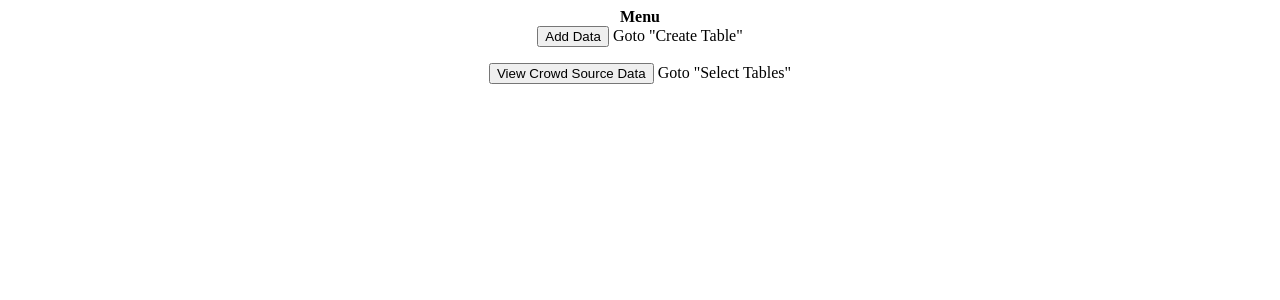
Repository: kemiporto/cmpe272-group12
Page: http://localhost/ESPAWSProject/
The author's editor kept a copy of each file at every save. The page is drawn from the files as they stood at one save, then again after the next save.
The browser window is 1280 px wide. The pictures show the whole page.
The page is served by Tomcat 9.

Above is the page before, as saved 2014-04-18 05:20:19.

After the next save:
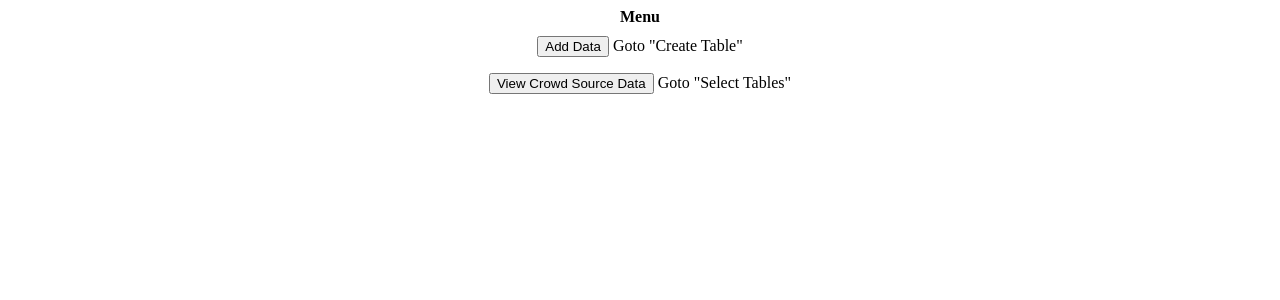
Saved 28 s later.
--- a/AWS/ESPAWSProject/WebContent/index.jsp
+++ b/AWS/ESPAWSProject/WebContent/index.jsp
@@ -6,9 +6,8 @@
 <body>
 	<div>
 		<div style="font-weight: bold; text-align: center">Menu</div>
-		<!--<div><hr/></div>-->
-		<!--<div><a href="http://www.google.com">goto google</a></div>-->
-		<div style="text-align: center">
+
+		<div style="text-align: center;margin-top: 10px;">
 			<form action="createTable.jsp">
 				<input type="button" value="Add Data" /> Goto "Create Table"
 			</form>
